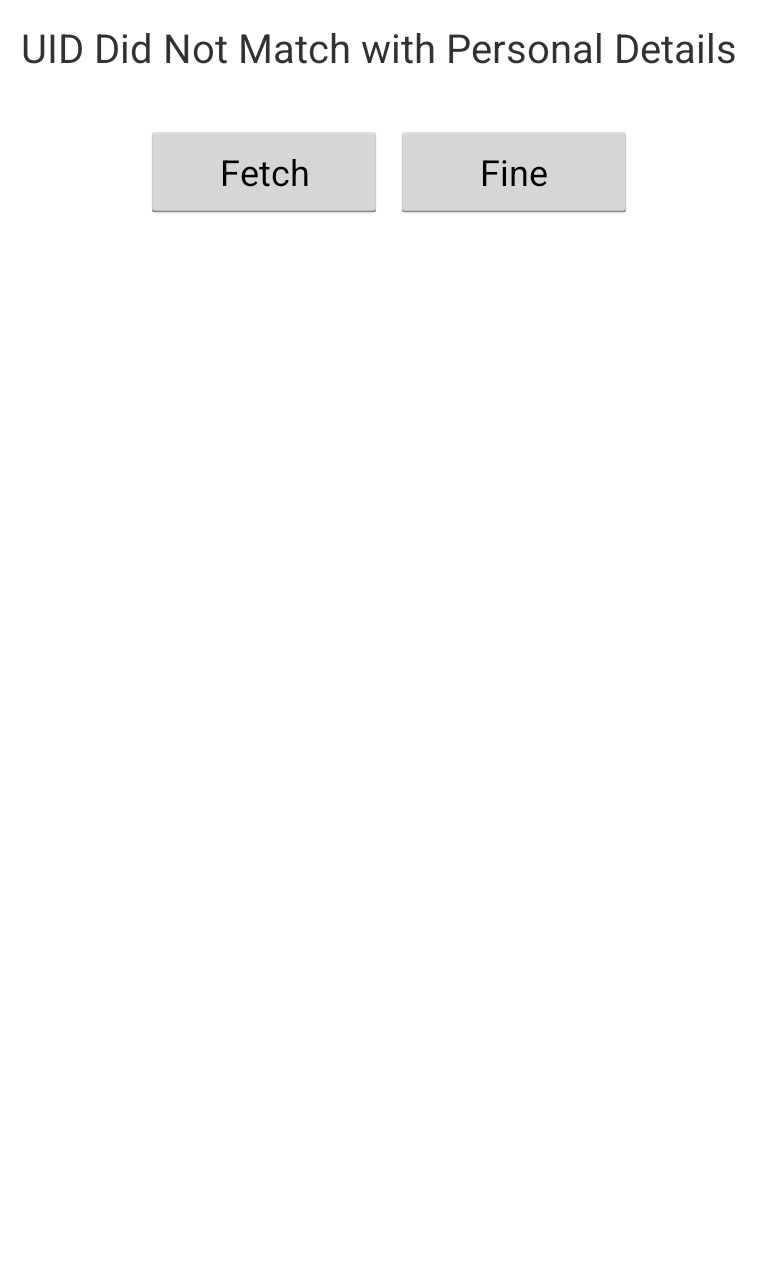
Repository: LennoxAlexion/UID
Layout: Android App/Uid-Project/res/layout/activity_qr_result_failure.xml
These files come from the project's save history. The layout is drawn as it stood at one moment and after the next save; the edit follows.
It is drawn on a 768 x 1280 px phone screen (xhdpi) without system bars, with theme AppTheme; the app's code is not run.

Above is the layout before, as saved 2015-03-29 07:16:58.

After the next save:
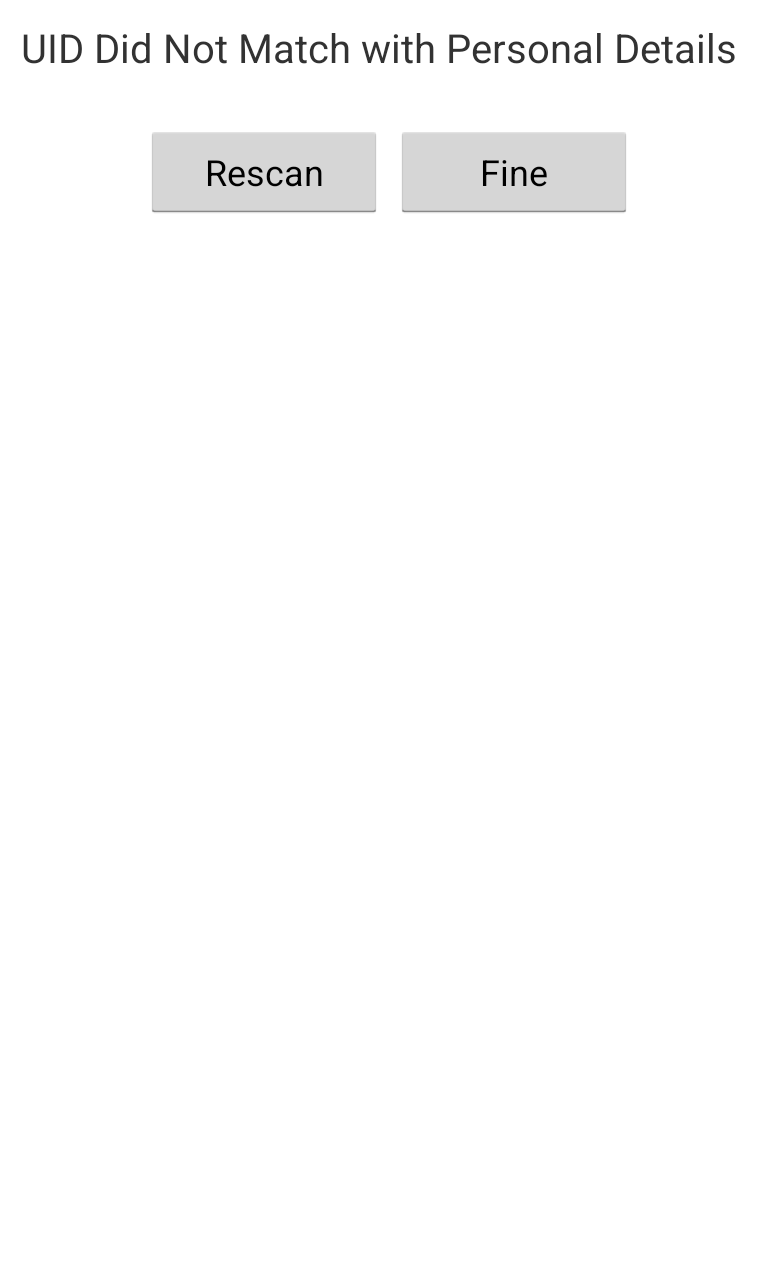
Saved 6 s later.
--- a/Android App/Uid-Project/res/layout/activity_qr_result_failure.xml
+++ b/Android App/Uid-Project/res/layout/activity_qr_result_failure.xml
@@ -29,7 +29,7 @@
             android:layout_height="wrap_content"
             android:layout_margin="5dp"
 
-            android:text="Fetch" />
+            android:text="Rescan" />
 
         <Button
             android:id="@+id/Button_qr_result_ImposeFine"
